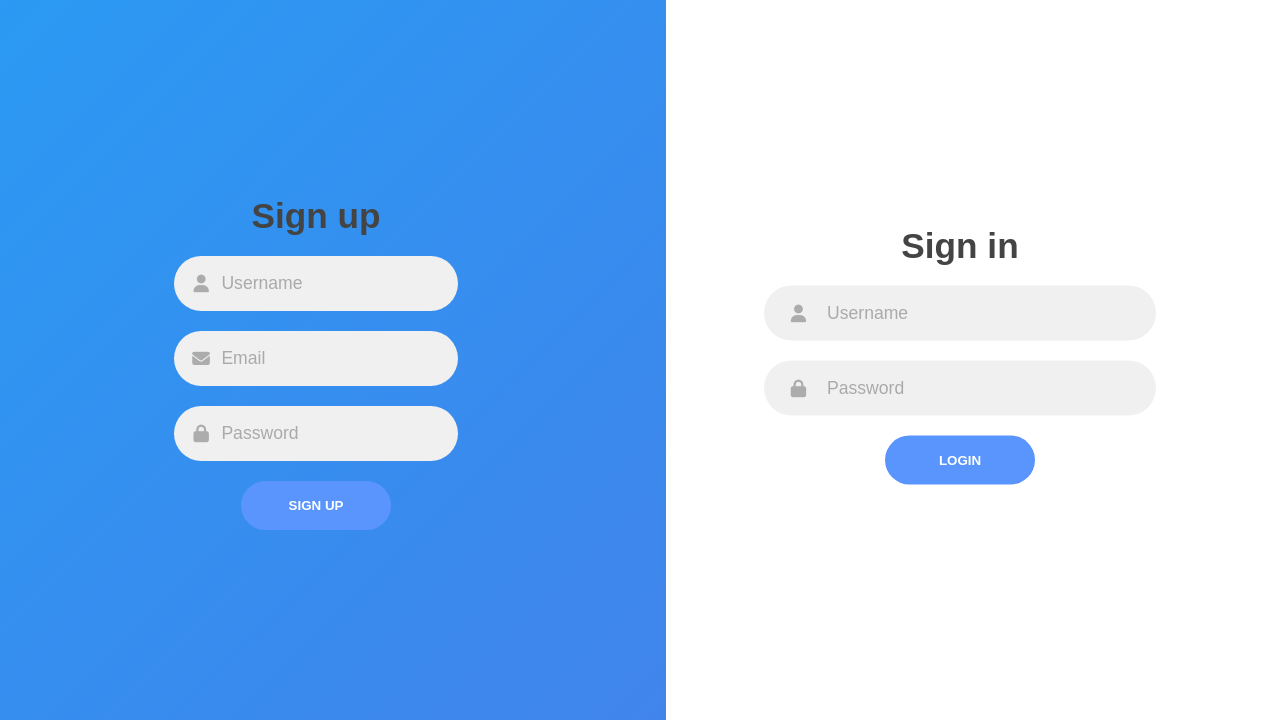
Repository: sarfaraz1611/NitteMovie.github.io
Page: login.html
These files come from the project's save history. The page is drawn as it stood at one moment and after a run of saves; the edit follows.
The browser window is 1280 px wide. The pictures show the whole page.
Some web libraries are served in a nearby version.

Above is the page before, as saved 2022-07-15 23:47:20.

After the next 2 saves:
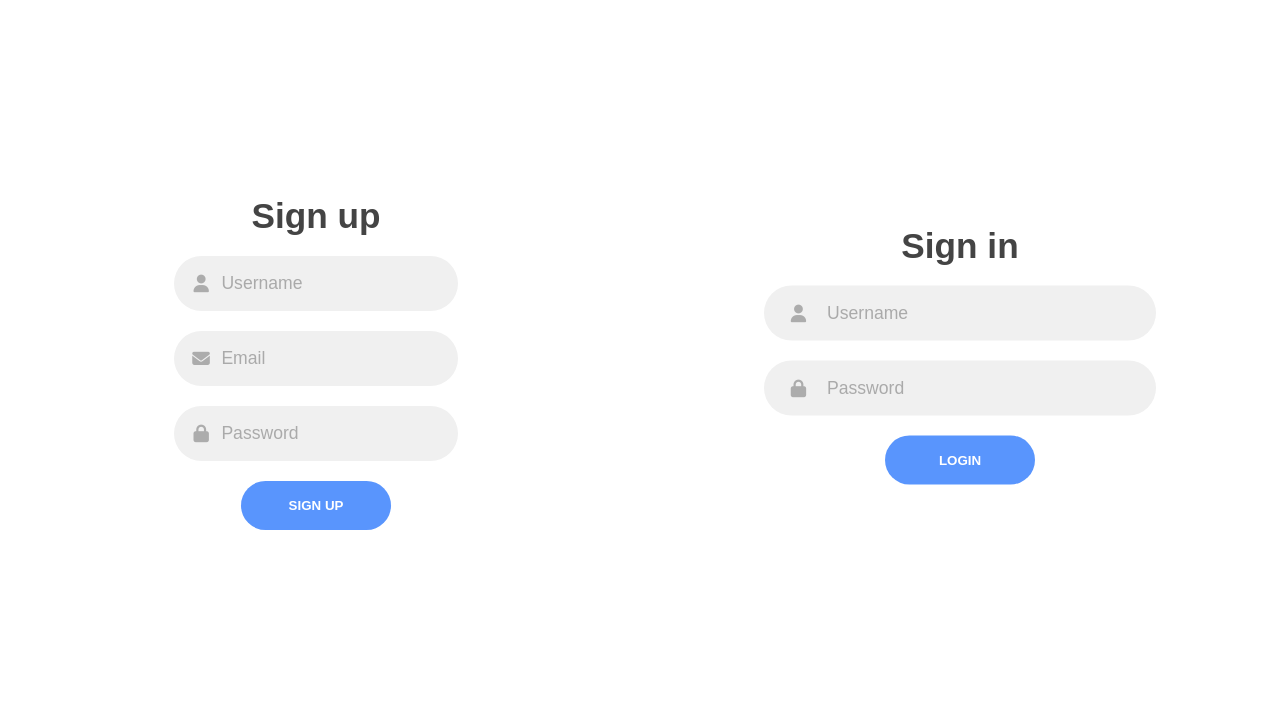
The 2 saves are shown as one change because they came seconds apart.
The last was saved 28 s later.
--- a/assets/css/main.css
+++ b/assets/css/main.css
@@ -404,8 +404,8 @@ form {
   width: 2000px;
   top: -10%;
   right: 48%;
-  transform: translateY(-50%);
-  background-image: linear-gradient(-45deg, #4481eb 0%, #04befe 100%);
+  /* transform: translateY(-50%); */
+  /* background-image: linear-gradient(-45deg, #4481eb 0%, #04befe 100%); */
   transition: 1.8s ease-in-out;
   /* border-radius: 50%; */
   z-index: 2;
